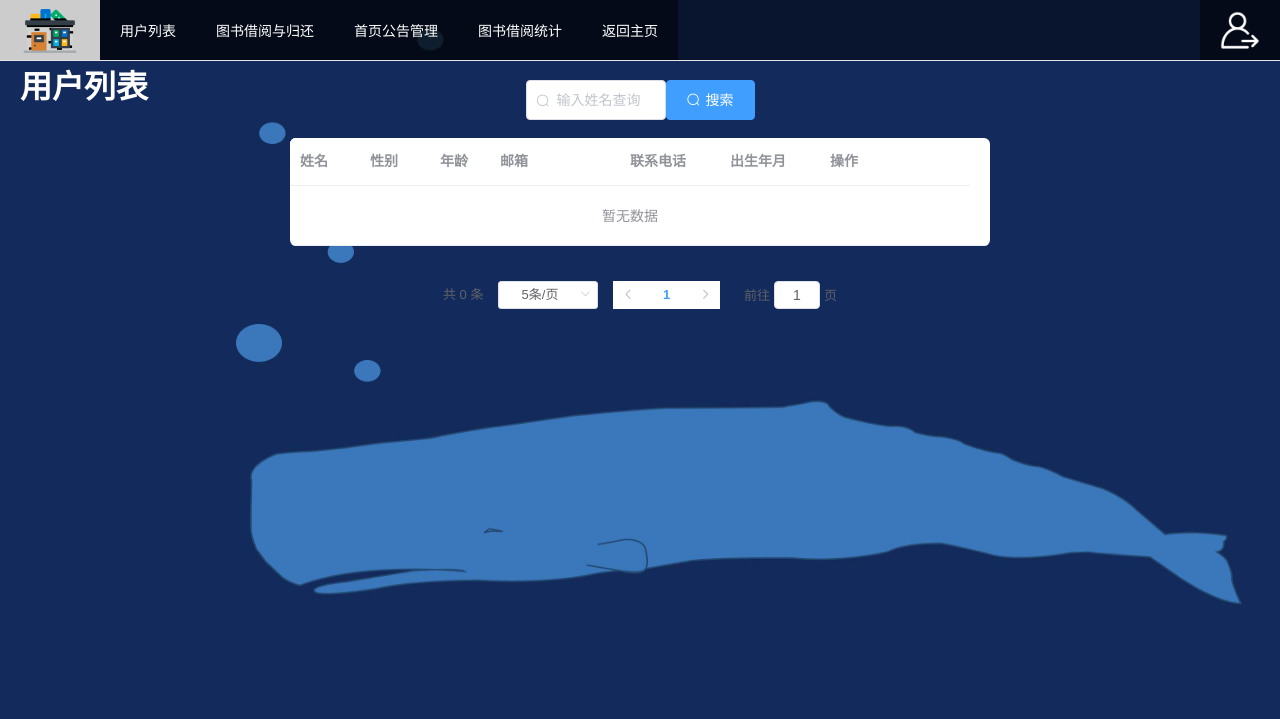
Repository: Akron-xz/helloVue
Page: /#/newissue (app in vue-library/)
The author's editor kept a copy of each file at every save. The page is drawn from the files as they stood at one save, then again after the next save.
The browser window is 1280 px wide. The pictures show the whole page.
The page's requests for data from a server got no answer. The project was rebuilt for these pictures with package versions that can differ from the ones it lists, and the page was loaded fresh each time. No one was signed in, and anything a server would have sent is missing. Also part of the build but not shown: vue-library/src/components/homeNav.vue, vue-library/src/views/Home.vue.

Above is the page before, as saved 2020-11-25 21:26:42.

After the next save:
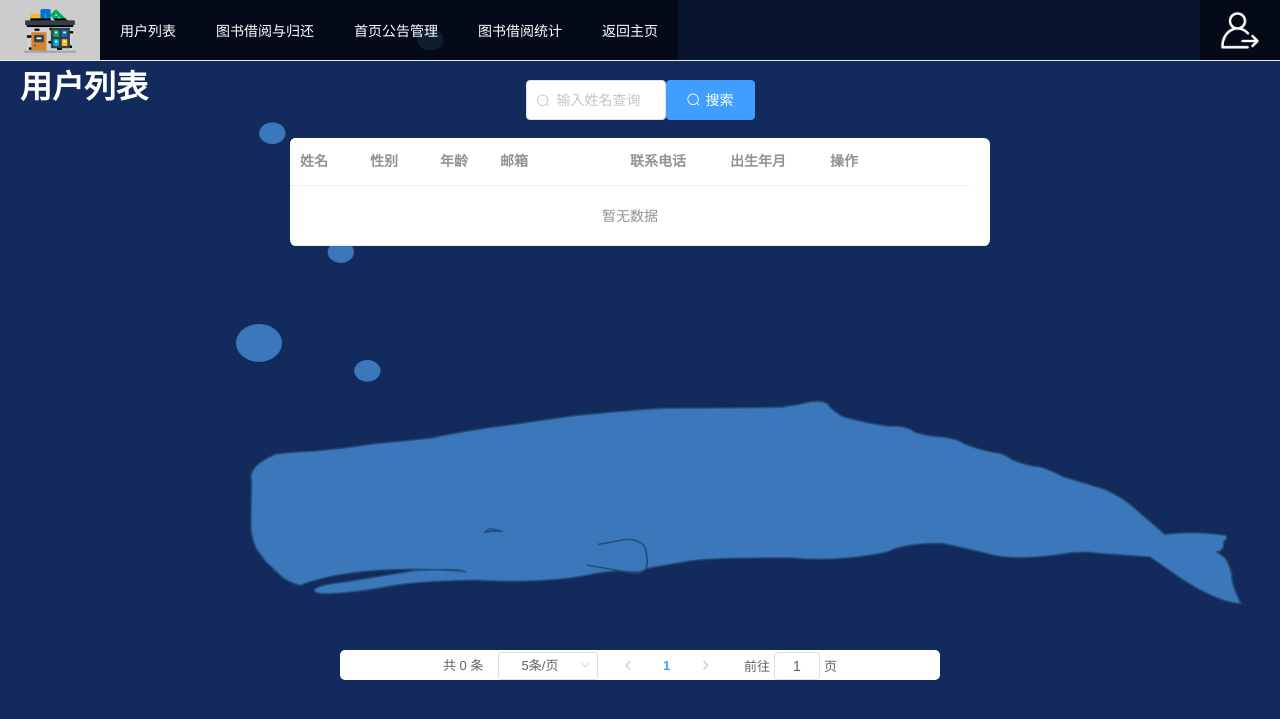
Saved 70 s later.
--- a/vue-library/src/views/NewIssue.vue
+++ b/vue-library/src/views/NewIssue.vue
@@ -315,4 +315,14 @@ a {
 .el-table{
   border-radius: 6px;
 }
+.block{
+  position: fixed;
+  bottom: 40px;
+  width: 600px;
+  height: 30px;
+  left: 50%;
+  margin-left: -300px;
+  background-color: white;
+  border-radius: 5px;
+}
 </style>
